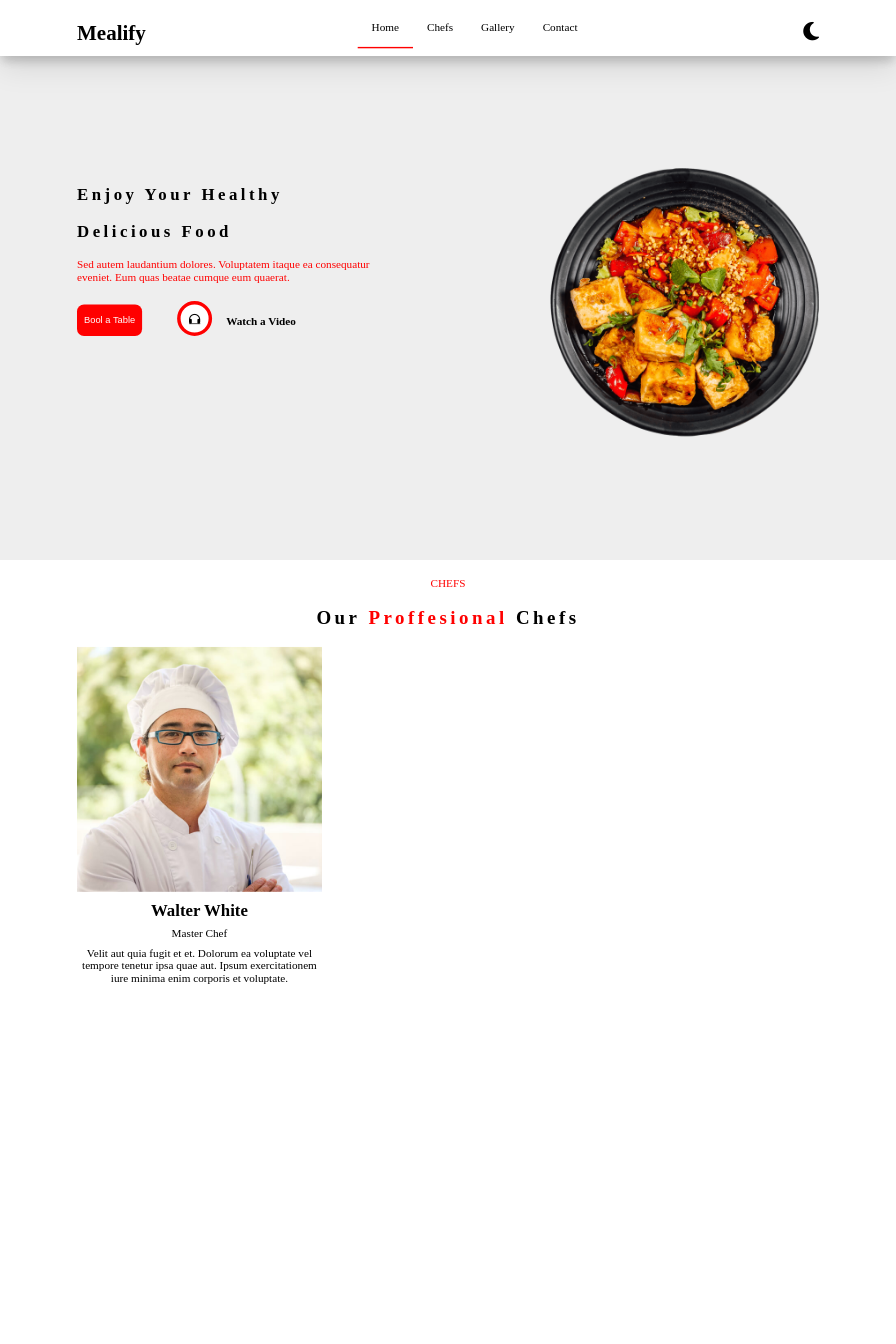
Repository: Ahmedalid/New-project
Page: Rout/index.html
The author's editor kept a copy of each file at every save. The page is drawn from the files as they stood at one save, then again after a run of saves.
The browser window is 1280 px wide. The pictures show the part of the page from y = 0 to 1920 px (the page is 5000 px tall), at 70% of full size.
The pointer rests on the first visible `.card-img`.

Above is the page before, as saved 2023-06-08 11:04:11.

### Rout/index.html
<!DOCTYPE html>
<html lang="en">

<head>
    <meta charset="UTF-8">
    <meta http-equiv="X-UA-Compatible" content="IE=edge">
    <meta name="viewport" content="width=device-width, initial-scale=1.0">
    <link rel="stylesheet" href="https://cdnjs.cloudflare.com/ajax/libs/font-awesome/6.4.0/css/all.min.css">
    <link rel="stylesheet" href="css/style.css">
    <title>Document</title>
</head>

<body>
    <!-- Start NavBar -->
    <nav>
        <div class="div-nav">
            <div class="nav-logo">
                <h1>Mealify</h1>
            </div>
            <div class="nav-item">
                <ul>
                    <li><a href="default.asp" class="home-actiev">Home</a></li>
                    <li><a href="" class="text-color">Chefs</a></li>
                    <li><a href="" class="text-color">Gallery</a></li>
                    <li><a href="" class="text-color">Contact</a></li>
                </ul>
            </div>
            <div class="nav-icon">
                <span><i class="fa-solid fa-moon"></i></span>
            </div>
        </div>
    </nav>
    <!-- End NavBar -->

    <!-- Start Header -->
    <header>
        <div class="div-header">
            <div class="content-header container">
                <h2 class="mt li">Enjoy Your Healthy</h2>
                <h2 class="mt li">Delicious Food</h2>
                <p class="mt text-color">Sed autem laudantium dolores. Voluptatem itaque ea consequatur eveniet.
                    Eum quas beatae cumque eum quaerat.</p>
                <div class="d-flex">
                    <button class="btn-Boolatable">Bool a Table</button>
                    <div class="d-flex mt  ">
                        <a href="" class="icone-headphones"> <span class="headphones d-center"> <i
                                    class="fa-solid fa-headphones "></i></span> </a>
                        <span class="Video">Watch a Video</span>
                    </div>
                </div>
            </div>
            <div class="content-header container">
                <div class="img-header ">
                    <img src="img/hero-img.png" alt="">
                </div>
            </div>
        </div>
    </header>
    <!-- End Header -->
    <section class="container">
        <p class="text-center text-color mt">CHEFS</p>
        <h5 class="li text-center our-section mt">
            Our
            <span class="text-color">Proffesional</span>
            Chefs
        </h5>
        <!-- Card And Img -->
        <div class="mt card-img">
            <div class="">
                <img src="img/chefs-3.jpg" alt="">
                <h2 class="text-center mt-1">Walter White </h5>
                <p class="text-center mt-1">Master Chef</p>
                <p class="text-center mt-1">
                    Velit aut quia fugit et et. Dolorum ea voluptate vel
                     tempore tenetur ipsa quae aut. Ipsum
                    exercitationem iure minima enim corporis et voluptate.
                </p>

            </div>
        </div>
    </section>
</body>

</html>

### Rout/css/style.css
*{
    margin: 0;
    padding: 0;
    box-sizing: border-box;
}
body{
    height: 5000px;
}
nav{
    box-shadow: 0px 16px 43px 0px rgba(0,0,0,0.1),0px 10px 15px -3px rgba(0,0,0,0.1),0px 10px 15px -3px rgba(0,0,0,0.1);
       height: 80px;
       position: sticky;
       top: 0;
       left: 0;
       overflow: auto;
       background-color: white;
}
.div-nav{
     margin: auto 110px;
    display: flex;
   margin-top: 30px;
    justify-content: space-between;
}
.container{
    margin: auto 110px;
}
.nav-item ul li{
    list-style: none;

    width: 100%;

}
.nav-item ul li a{
     text-decoration: none;
     color: black;
     padding: 20px;
     outline: none;
     transition: 0.5;
     font-weight: 400;
}
.nav-item ul li a:hover{
    border-bottom: 2px solid red;
}
.nav-item ul {
          display: flex;
    justify-content: space-between;

}
.nav-logo h1{
    font-weight: bold;
    font-size: 30px;
}
.home-actiev{
    border-bottom: 2px solid red;
    font-weight: bold;
}
.nav-icon span i{
    font-size: 30px;
}
/* End NavBar */
/* Start Header */
/* Start Header */
.div-header{
    display: flex;
}
header{
    background-color: #eeeeee;
    overflow: auto;
    height: 100vh;
}
.content-header{
  margin-top: 160px;
}
img{
    width: 100%;
}
.mt{
    margin-top: 25px;
}
.li{
    letter-spacing: 5px;
}
.text-color{
    color: #7f7f90;
}
.d-flex{
    display: flex;
}
.btn-Boolatable{
    border: none;
    outline: none;
    background-color: red;
    color: white;
    padding: 10px;
    border-radius: 10px;
    margin-top: 30px;
}
.headphones{
    background-color: white;
    border-radius: 50%;
    width: 50px;
    height: 50px;
    border: 5px solid red;
    margin-left: 50px;
    cursor: pointer;
}
.d-center{
    display: flex;
    justify-content: center;
    align-items: center;
}
.Video{
    margin-top: 20px;
    margin-left: 20px;
    font-weight: bold;
    cursor: pointer;
    transition: 0.5s;
}
.Video:hover{
    color: red;
}
.icone-headphones{
    color: black;
    list-style: none;
}

.text-center{
    text-align: center;
    /* margin-top: 50px; */
}
.text-color{
    color: red;
}
.our-section{
    font-size: 27px;
}
.card-img{
    width: 33%;
    display: inline-block;
    transition: 0.5s;
}
.mt-1{
    margin-top: 10px;
}
.card-img h4{
    font-weight:bold;
}
.card-img:hover{
    transform: scale(1, 1);
    cursor: pointer;
    transition: 0.5s;
}

After the next 2 saves:
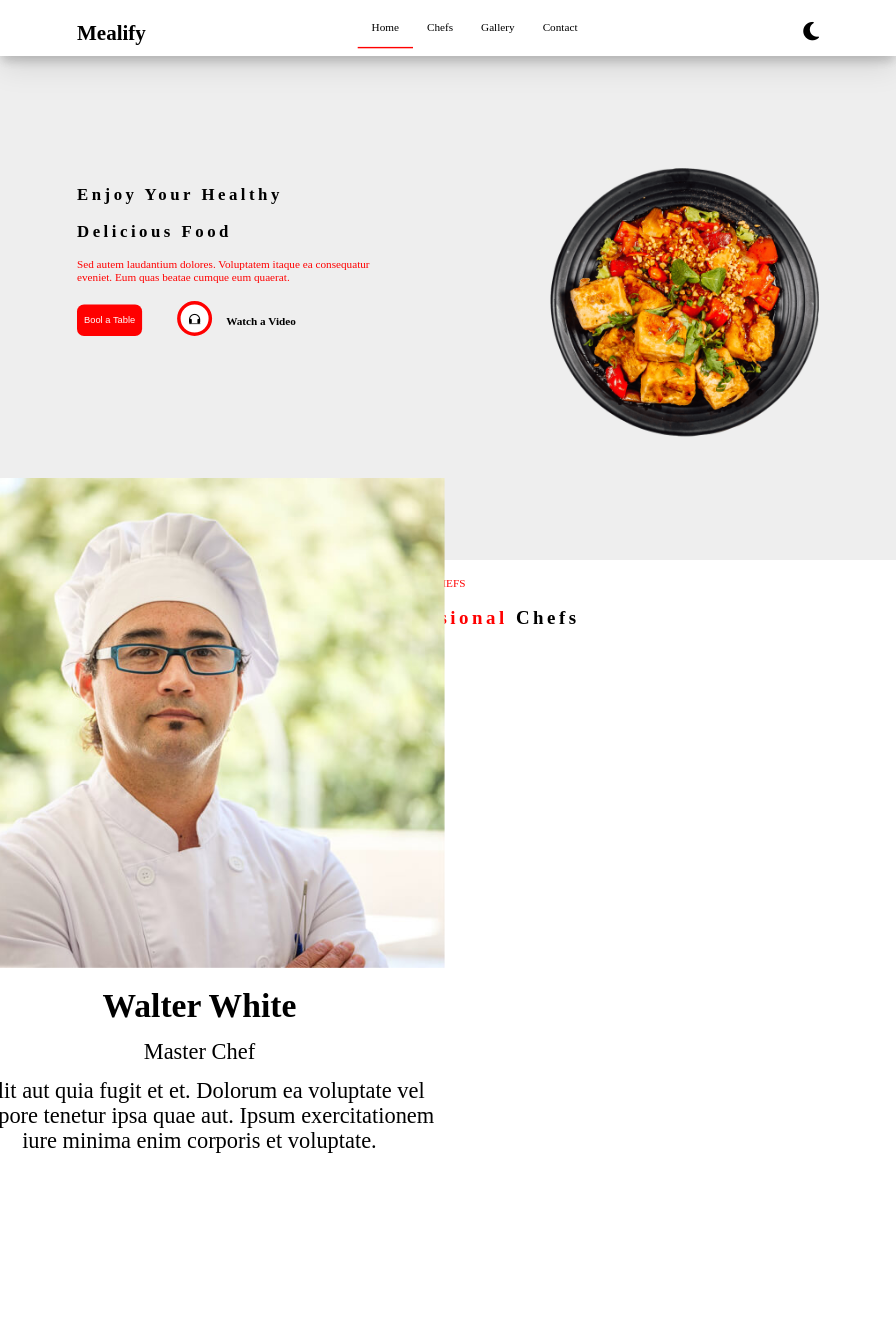
The 2 saves are shown as one change because they came seconds apart.
The last was saved 39 s later.
--- a/Rout/css/style.css
+++ b/Rout/css/style.css
@@ -146,7 +146,7 @@
     font-weight:bold;
 }
 .card-img:hover{
-    transform: scale(1, 1);
+    transform: scale(2, 2);
     cursor: pointer;
     transition: 0.5s;
 }

After the 5 saves that followed:
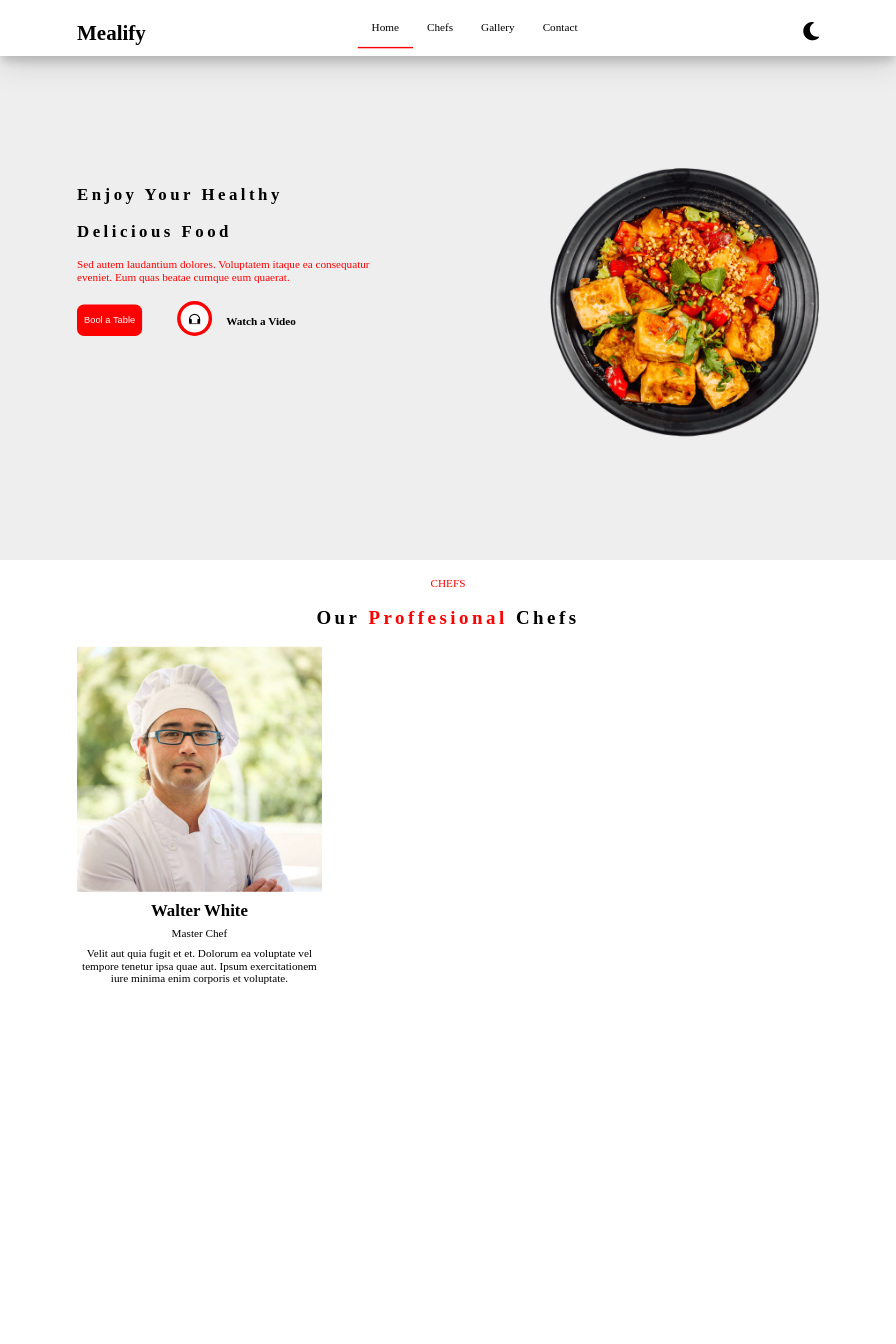
The 5 saves are shown as one change because they came seconds apart.
The last was saved 19 s later.
--- a/Rout/css/style.css
+++ b/Rout/css/style.css
@@ -146,7 +146,7 @@
     font-weight:bold;
 }
 .card-img:hover{
-    transform: scale(2, 2);
+    transform: scale(2.5s, 2.5s);
     cursor: pointer;
     transition: 0.5s;
 }
